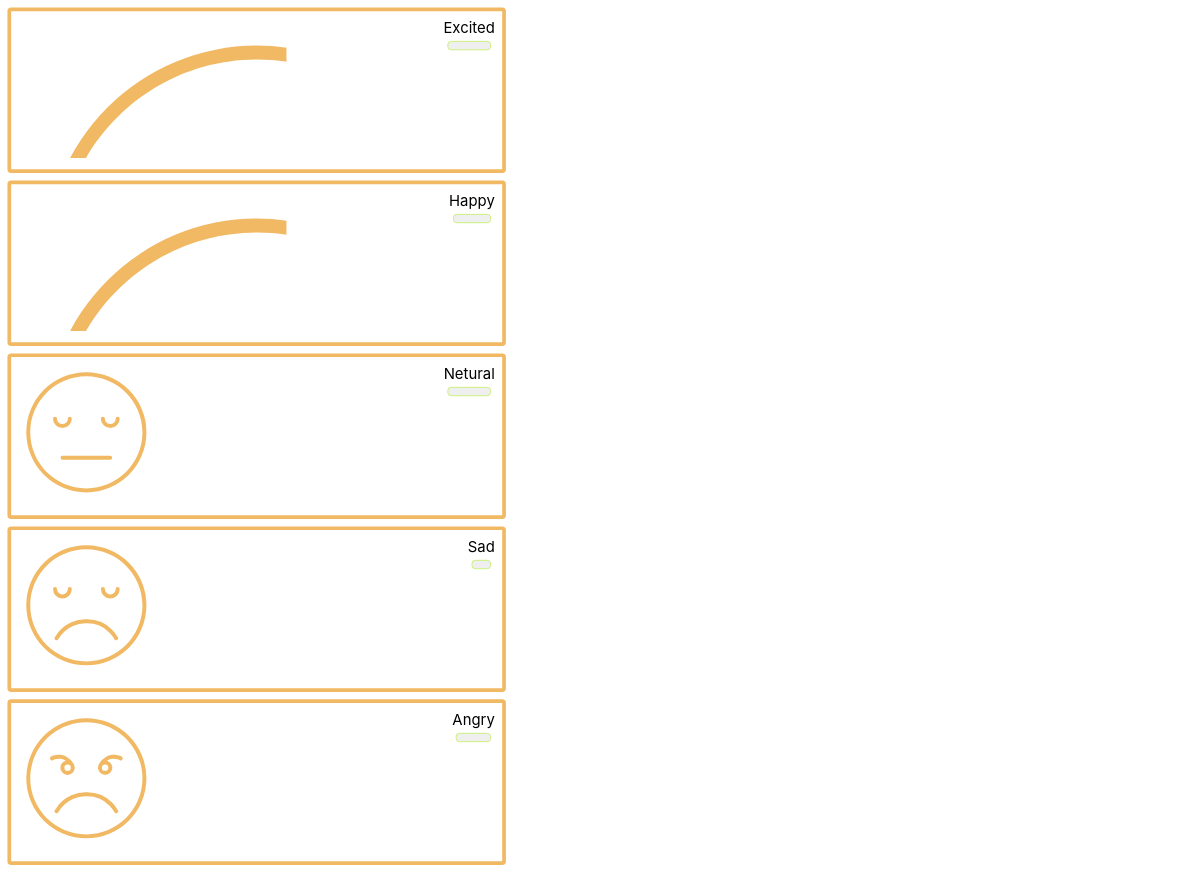
Repository: majakesin/moodify-app
Page: /
An editor plug-in stored every save of this project. The page is shown before and after the next save, followed by the edit.
The browser window is 1280 px wide. The pictures show the whole page, at 93% of full size.
The project was rebuilt for these pictures with package versions that can differ from the ones it lists, and the page was loaded fresh each time.

Above is the page before, as saved 2023-08-21 12:27:47.

After the next save:
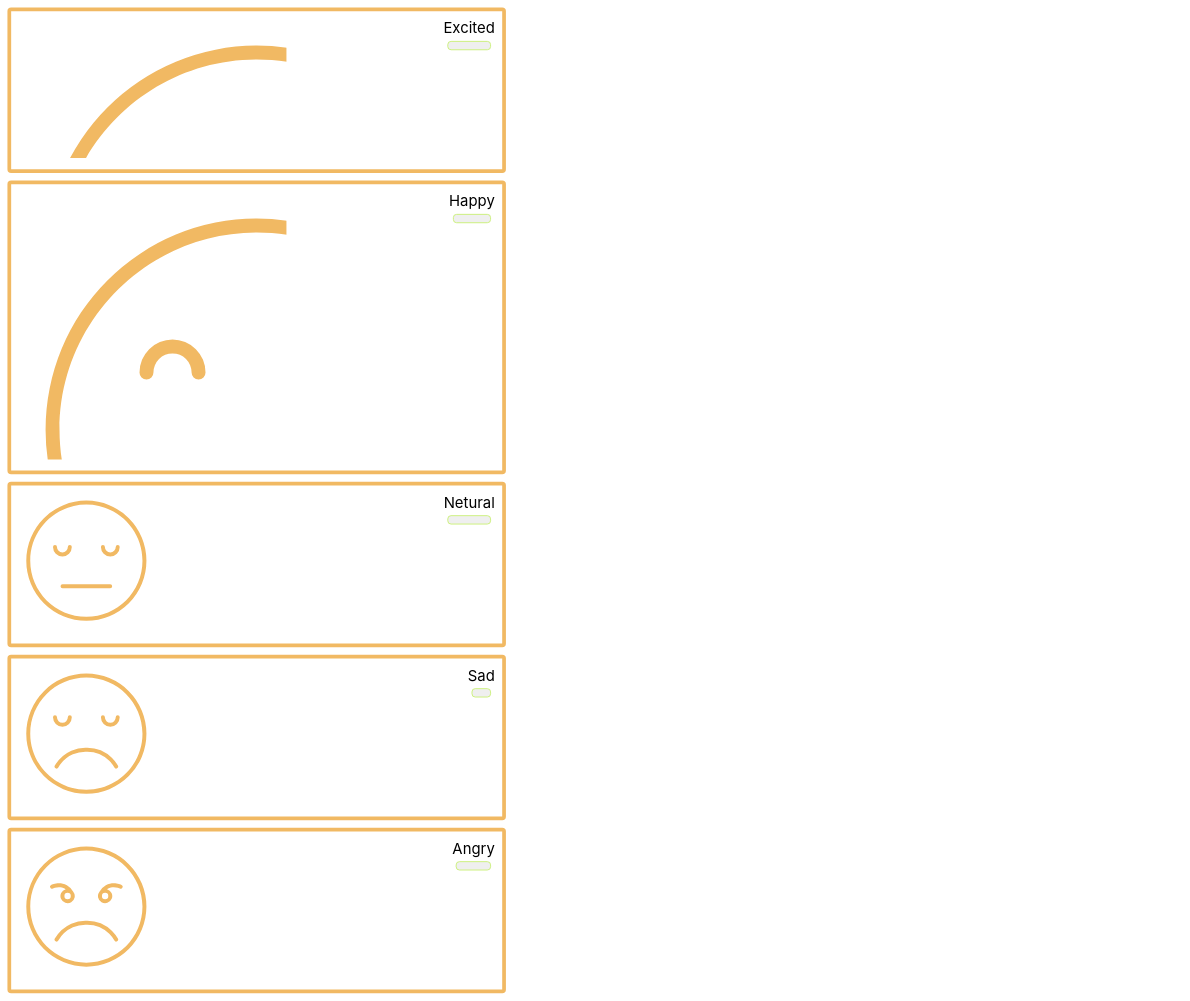
Saved 24 s later.
--- a/src/data/moods.js
+++ b/src/data/moods.js
@@ -12,7 +12,7 @@ export const moods = [
     },
     {
         type: 'Happy',
-        icon: <svg id="SvgjsSvg1102" xmlns="http://www.w3.org/2000/svg" version="1.1" xmlnsXlink="http://www.w3.org/1999/xlink" xmlnsSvgjs="http://svgjs.com/svgjs">
+        icon: <svg id="SvgjsSvg1102" width="288" height="288" xmlns="http://www.w3.org/2000/svg" version="1.1" xmlnsXlink="http://www.w3.org/1999/xlink" xmlnsSvgjs="http://svgjs.com/svgjs">
                 <defs id="SvgjsDefs1103"></defs>
                 <g id="SvgjsG1104">
                     <svg xmlns="http://www.w3.org/2000/svg" data-name="Layer 1" viewBox="0 0 288 288" width="288" height="288">
